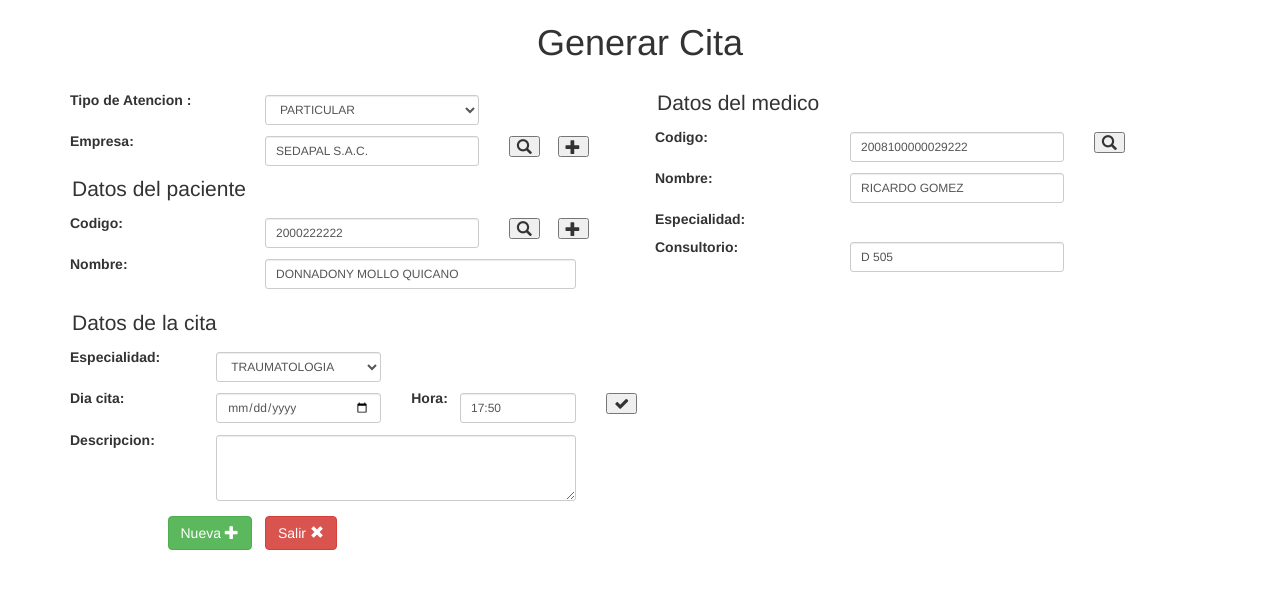
Repository: Donyx10/ADSII-ProyectoClinica
Page: http://localhost/AvanceWeb/GeneraCitaMedica.jsp
An editor plug-in stored every save of this project. The page is shown before and after the next save, followed by the edit.
The browser window is 1280 px wide. The pictures show the whole page.
Some web fonts or font styles are not loaded; a fallback is used. The page is served by Tomcat 9. Other server files are loaded and not shown.

Above is the page before, as saved 2018-06-04 05:24:52.

### WebDemo/AvanceWeb/WebContent/GeneraCitaMedica.jsp
<!DOCTYPE html>
<html lang="esS">
<head>
<meta charset="UTF-8">
<meta name="viewport"
	content="width=device-width, initial-scale=1, maximum-scale=1, user-scalable=no">
<script type="text/javascript" src="js/jquery.min.js"></script>
<script type="text/javascript" src="js/jquery.dataTables.min.js"></script>
<script type="text/javascript" src="js/dataTables.bootstrap.min.js"></script>
<script type="text/javascript" src="js/bootstrap.min.js"></script>
<script type="text/javascript" src="js/bootstrapValidator.js"></script>
<link rel="stylesheet" href="css/bootstrap.css" />
<link rel="stylesheet" href="css/dataTables.bootstrap.min.css" />
<link rel="stylesheet" href="css/style.css" />
<link rel="stylesheet" href="css/bootstrapValidator.css" />
<link rel="stylesheet"
	href="https://cdnjs.cloudflare.com/ajax/libs/font-awesome/4.7.0/css/font-awesome.min.css">
<title>Generar Cita</title>

</head>
<body>

	<div class="container" style="padding-top: 3px; line-height: 0.8;">
		<h1 align="center">Generar Cita</h1>
		<br>
		<br>
		<form action="generarCita" id="id_form">
			<div class="form-group row">
				<div class="col-md-6" >

					<div class="form-group row" align="left" id="atencion">
						<div class="col-md-12" >
							<div class="row">
								<div class="col-md-4">
									<label for="atencion">Tipo de Atencion : </label>
								</div>
								<div class="col-md-5">
									<select class="form-control input-sm" style="">
										<option>PARTICULAR
										<option>EPS
										<option>SEGURO
									</select>
								</div>
							</div>
							<br>
							<div class="row">
									<div class="col-md-4">
										<label class="" for="id_codigo">Empresa:</label>
									</div>
									<div class="col-md-5">
										<input class="form-control input-sm" type="text"
											value="SEDAPAL S.A.C." id="" name=""
											placeholder="Ingrese el codigo">
									</div>
									<div class="col-md-1" align="right">
										<button style="font-size: 15px">
											<i class="glyphicon glyphicon-search"></i>
										</button>
									</div>
									<div class="col-sm-1">
										<button style="font-size: 15px">
											<i class="glyphicon glyphicon-plus"></i>
										</button>
									</div>
								</div>

						</div>
					</div>

					<div class="form-group row" align="left" id="paciente">
						<div class="col-md-12" >
							<fieldset>
								<legend>Datos del paciente</legend>
								<div class="row">
									<div class="col-md-4">
										<label class="" for="id_codigo">Codigo:</label>
									</div>
									<div class="col-md-5">
										<input class="form-control input-sm" type="text"
											value="2000222222" id="" name=""
											placeholder="Ingrese el codigo">
									</div>
									<div class="col-md-1" align="right">
										<button style="font-size: 15px">
											<i class="glyphicon glyphicon-search"></i>
										</button>
									</div>
									<div class="col-sm-1">
										<button style="font-size: 15px">
											<i class="glyphicon glyphicon-plus"></i>
										</button>
									</div>
								</div>
								<br>
								<div class="row">
									<div class="col-md-4">
										<label class="" for="">Nombre:</label>
									</div>
									<div class="col-md-7">
										<input class="form-control input-sm" type="text"
											value="DONNADONY MOLLO QUICANO" id="" name=""
											placeholder="Ingrese el nombre" size="30">
									</div>
								</div>

							</fieldset>
						</div>

					</div>

					<br>
					<div class="form-group row" id="cita" >
						<div class="col-md-12">
							<fieldset>
								<legend>Datos de la cita </legend>
								<div class="row">
									<div class="col-md-3">
										<label class="" for="">Especialidad:</label>
									</div>
									<div class="col-md-4">
										<select class="form-control input-sm">
											<option>TRAUMATOLOGIA
											<option>CIRUJIA
											<option>GINECOLOGIA
										</select>
									</div>
								</div>
								<br>
								<!--
						<div class="row">
							<div class="col-md-3">
								<label class="" for="">Numero:</label>
							</div>
							<div class="col-md-3">
								<input class="form-control" type="text" id="" name="" value="001-000029"
									size="10" placeholder="Numero">
							</div>
						</div>
						<br>-->
								<div class="row">
									<div class="col-md-3">
										<label class="" for="id_codigo">Dia cita:</label>
									</div>
									<div class="col-md-4">
										<input class="form-control input-sm" type="date" id=""
											value="5/18/2018" name="" placeholder="Dia" size="10">

									</div>

									<div class="col-md-1">
										<label class="" for="id_codigo">Hora:</label>
									</div>
									<div class="col-md-3">
										<input class="form-control input-sm" type="text" id="" name=""
											value="17:50" placeholder="Hora" size="10">

									</div>
									<div class="col-md-1">
										<button style="font-size: 15px">
											<i class="fa fa-check"></i>
										</button>

									</div>
								</div>
								<br>
								<div class="row">
									<div class="col-md-3">
										<label class="" for="">Descripcion:</label>
									</div>
									<div class="col-lg-8">
										<textarea class="form-control input-sm" rows="3" id="comment"></textarea>
									</div>
								</div>
							</fieldset>
						</div>
					</div>
					<div class="form-group row" id="botones">
						<div class="col-md-2" align="center"></div>
						<div class="col-md-2" align="center">
							<button type="submit" class="btn btn-success">
								Nueva <span class="glyphicon glyphicon-plus"></span>
							</button>
						</div>
						<div class="col-md-2" align="center">
							<button type="submit" class="btn btn-danger">
								Salir <span class="glyphicon glyphicon-remove"></span>
							</button>
						</div>
					</div>
				</div>
				<div class="col-md-6" >
					<div class="form-group row" id="medico"
						">
						<div class="col-md-12" >
							<fieldset>
								<legend>Datos del medico</legend>

								<div class="row">
									<div class="col-md-4">
										<label class="" for="id_codigo">Codigo:</label>
									</div>
									<div class="col-md-5">
										<input class="form-control input-sm" type="text"
											id="id_codigo" value="2008100000029222"
											name="computadora.nombre" placeholder="Ingrese el codigo">

									</div>
									<div class="col-md-1">
										<button style="font-size: 15px">
											<i class="glyphicon glyphicon-search"></i>
										</button>
									</div>
								</div>
								<br>
								<div class="row">
									<div class="col-md-4">
										<label class="" for="">Nombre:</label>
									</div>
									<div class="col-md-5">
										<input class="form-control input-sm" type="text" id=""
											value="RICARDO GOMEZ" name="" placeholder="Ingrese el nombre">
									</div>
								</div>
								<br>
								<div class="row">
									<div class="col-md-4">
										<label class="" for="">Especialidad:</label>
									</div>
								<!--  	<div class="col-md-5">
										<input class="form-control input-sm" type="text" id="" name=""
											value="ENDOCRINOLOGO" placeholder="Ingrese la especialidad">
									</div>-->
								</div>
								<br>
								<div class="row">
									<div class="col-md-4">
										<label class="" for="">Consultorio:</label>
									</div>
									<div class="col-md-5">
										<input class="form-control input-sm" type="text" id="" name=""
											value="D 505" placeholder="Ingrese el consultorio">
									</div>
								</div>
							</fieldset>
						</div>
					</div>
				</div>
			</div>
		</form>
	</div>
</body>
</html>

### WebDemo/AvanceWeb/WebContent/css/style.css


.table-fixed {
	width: 100%;
	background-color: #f3f3f3;
}

.table-fixed tbody {
	height: 120px;
	overflow-y: auto;
	width: 100%;
}

.table-fixed thead, .table-fixed tbody, .table-fixed tr, .table-fixed td,
	.table-fixed th {
	display: block;
}

.table-fixed tbody td {
	float: left;
}

.table-fixed thead tr th {
	float: left;
	background-color: #f39c12;
	border-color: #e67e22;
}

legend {
    display: block;
    padding-left: 2px;
    padding-right: 2px;
    border: none;
}

Loaded but not shown: WebDemo/AvanceWeb/WebContent/js/jquery.min.js (library); WebDemo/AvanceWeb/WebContent/js/jquery.dataTables.min.js (library); WebDemo/AvanceWeb/WebContent/js/dataTables.bootstrap.min.js (common file); WebDemo/AvanceWeb/WebContent/js/bootstrap.min.js (library); WebDemo/AvanceWeb/WebContent/js/bootstrapValidator.js (library); WebDemo/AvanceWeb/WebContent/css/bootstrap.css (library); WebDemo/AvanceWeb/WebContent/css/dataTables.bootstrap.min.css (library); WebDemo/AvanceWeb/WebContent/css/bootstrapValidator.css (common file)

After the next save:
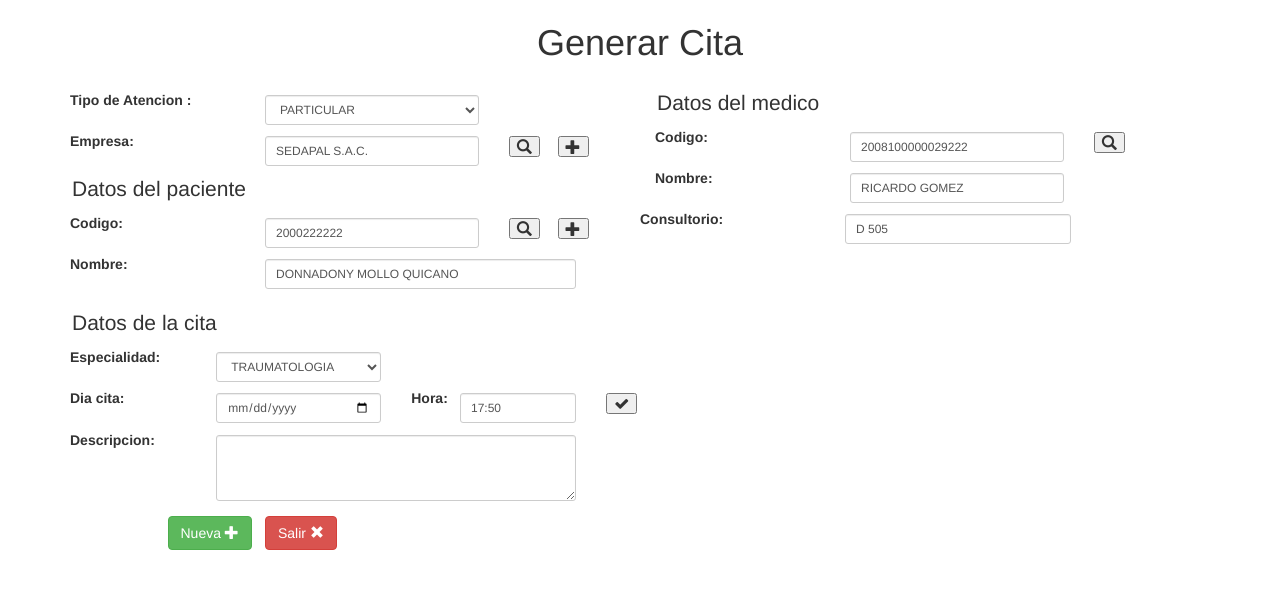
Saved 13 s later.
--- a/WebDemo/AvanceWeb/WebContent/GeneraCitaMedica.jsp
+++ b/WebDemo/AvanceWeb/WebContent/GeneraCitaMedica.jsp
@@ -221,12 +221,12 @@
 											value="RICARDO GOMEZ" name="" placeholder="Ingrese el nombre">
 									</div>
 								</div>
-								<br>
+								<br><!--
 								<div class="row">
 									<div class="col-md-4">
 										<label class="" for="">Especialidad:</label>
 									</div>
-								<!--  	<div class="col-md-5">
+									<div class="col-md-5">
 										<input class="form-control input-sm" type="text" id="" name=""
 											value="ENDOCRINOLOGO" placeholder="Ingrese la especialidad">
 									</div>-->
